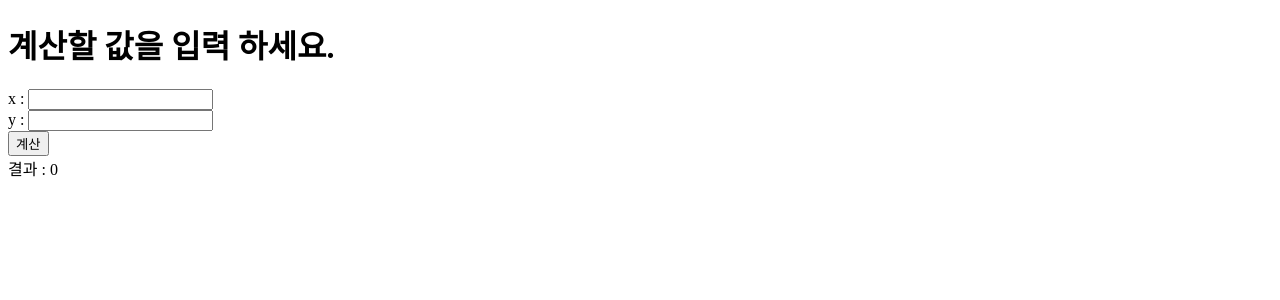
Repository: soyamilk0705/spring-newlecture
Page: ServeltAndJsp/JSPPrj/WebContent/add2.html
These files come from the project's save history. The page is drawn as it stood at one moment and after the next save; the edit follows.
The browser window is 1280 px wide. The pictures show the whole page.

Above is the page before, as saved 2024-01-09 13:09:05.

### ServeltAndJsp/JSPPrj/WebContent/add2.html
<!DOCTYPE html>
<html>
<head>
<meta charset="UTF-8">
<title>Insert title here</title>
</head>
<body>
	<h1>계산할 값을 입력 하세요.</h1>
	<form action="/add2" method="post">
		<div>
			<label>x : </label>
			<input type="text" name="x">
		</div>
		<div>
			<label>y : </label>
			<input type="text" name="y">
		</div>
		<div>
			<input type="submit" value="계산">
		</div>
		<div>
			결과 : 0
		</div>
	</form>
</body>
</html>

After the next save:
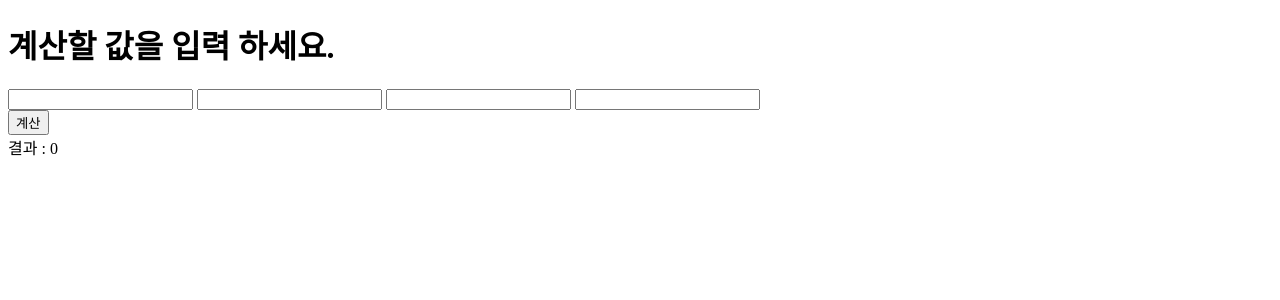
Saved 41 s later.
--- a/ServeltAndJsp/JSPPrj/WebContent/add2.html
+++ b/ServeltAndJsp/JSPPrj/WebContent/add2.html
@@ -8,12 +8,10 @@
 	<h1>계산할 값을 입력 하세요.</h1>
 	<form action="/add2" method="post">
 		<div>
-			<label>x : </label>
-			<input type="text" name="x">
-		</div>
-		<div>
-			<label>y : </label>
-			<input type="text" name="y">
+			<input type="text" name="num">
+			<input type="text" name="num">
+			<input type="text" name="num">
+			<input type="text" name="num">
 		</div>
 		<div>
 			<input type="submit" value="계산">
